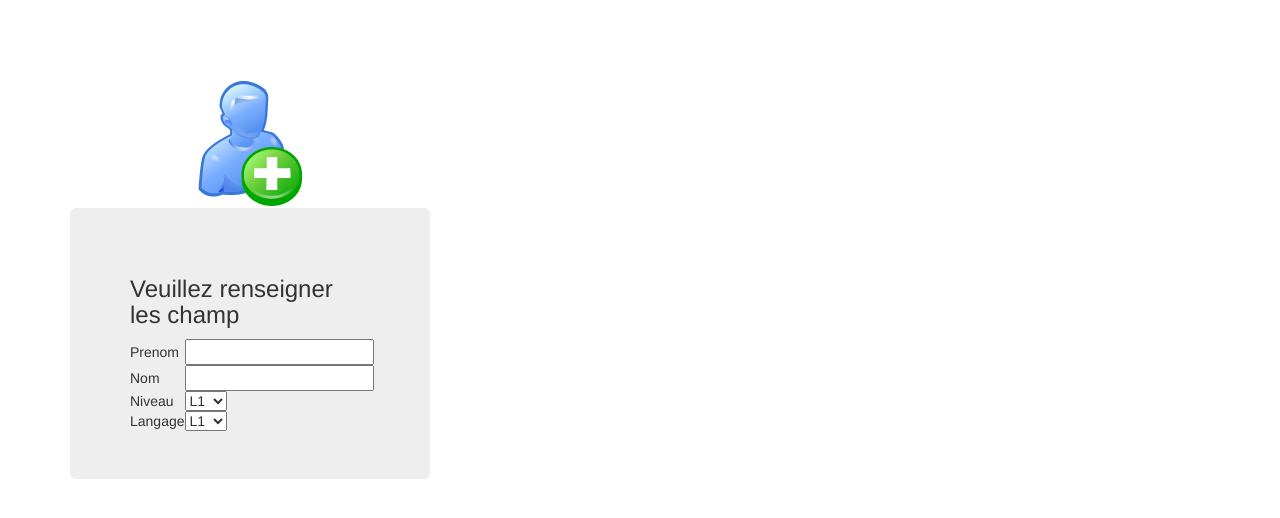
Repository: imouahrani/Gestion-des-stagiaires_JAVAEE
Page: http://localhost/Espace_Stagiaire/test3.jsp
An editor plug-in stored every save of this project. The page is shown before and after the next save, followed by the edit.
The browser window is 1280 px wide. The pictures show the whole page.
The page is served by Tomcat 9. Other server files are loaded and not shown.

Above is the page before, as saved 2018-07-31 13:48:44.

### Formation Java Entreprise Edition/Espace Stagiaire/WebContent/test3.jsp
<%@ page language="java" contentType="text/html; charset=UTF-8"
	pageEncoding="UTF-8"%>
<!DOCTYPE html PUBLIC "-//W3C//DTD HTML 4.01 Transitional//EN" "http://www.w3.org/TR/html4/loose.dtd">
<html lang="en">
<head>
<meta charset="utf-8">
<meta http-equiv="X-UA-Compatible" content="IE=edge">
<meta name="viewport" content="width=device-width, initial-scale=1">
<!-- The above 3 meta tags *must* come first in the head; any other head content must come *after* these tags -->
<title>Bootstrap 101 Template</title>

<!-- Bootstrap -->
<link href="Assest/css/bootstrap.min.css" rel="stylesheet">

<!-- HTML5 shim and Respond.js for IE8 support of HTML5 elements and media queries -->
<!-- WARNING: Respond.js doesn't work if you view the page via file:// -->
<!--[if lt IE 9]>
      <script src="https://oss.maxcdn.com/html5shiv/3.7.3/html5shiv.min.js"></script>
      <script src="https://oss.maxcdn.com/respond/1.4.2/respond.min.js"></script>
    <![endif]-->
</head>
<body>
	<br>
	<br>
	<br>
	<br>
	<div class="container">

		<div class="row">

			<div class="col-md-4">
				<div class="text-center">

					<img src="Images/add-user.png">

				</div>
				<form action="">
					<div class="jumbotron">


						<h3>Veuillez renseigner les champ</h3>
						<table>

							<tr>

								<td>Prenom</td>
								<td><input type="text" name="prenom"></td>
							</tr>

							<tr>

								<td>Nom</td>
								<td><input type="text" name="nom"></td>
							</tr>
							<tr>

								<td>Niveau</td>
								<td><select name="niveau">

										<option>L1</option>
										<option>L2</option>
										<option>L3</option>
										<option>M1</option>


								</select></td>
							</tr>
							<tr>

								<td>Langage</td>
								<td><select name="langage" value="langage">

										<option>L1</option>
										<option>L2</option>
										<option>L3</option>
										<option>M1</option>


								</select></td>
							</tr>





						</table>
					</div>
				</form>

			</div>
		</div>
		<div class="col-md-8"></div>


	</div>


	<!-- jQuery (necessary for Bootstrap's JavaScript plugins) -->
	<script
		src="https://ajax.googleapis.com/ajax/libs/jquery/1.12.4/jquery.min.js"></script>
	<!-- Include all compiled plugins (below), or include individual files as needed -->
	<script src="Assets/js/bootstrap.min.js"></script>


</body>
</html>

Loaded but not shown: Formation Java Entreprise Edition/Espace Stagiaire/WebContent/Assets/js/bootstrap.min.js (library); Formation Java Entreprise Edition/Espace Stagiaire/WebContent/Assets/css/bootstrap.min.css (library)

After the next save:
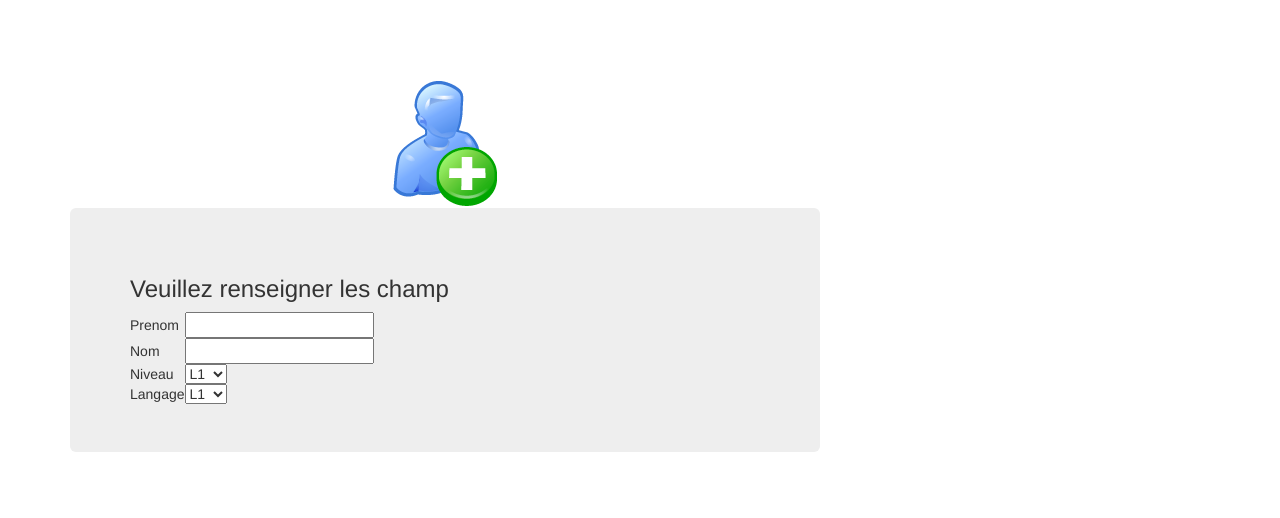
Saved 42 s later.
--- a/Formation Java Entreprise Edition/Espace Stagiaire/WebContent/test3.jsp
+++ b/Formation Java Entreprise Edition/Espace Stagiaire/WebContent/test3.jsp
@@ -28,7 +28,7 @@
 
 		<div class="row">
 
-			<div class="col-md-4">
+			<div class="col-md-8">
 				<div class="text-center">
 
 					<img src="Images/add-user.png">
